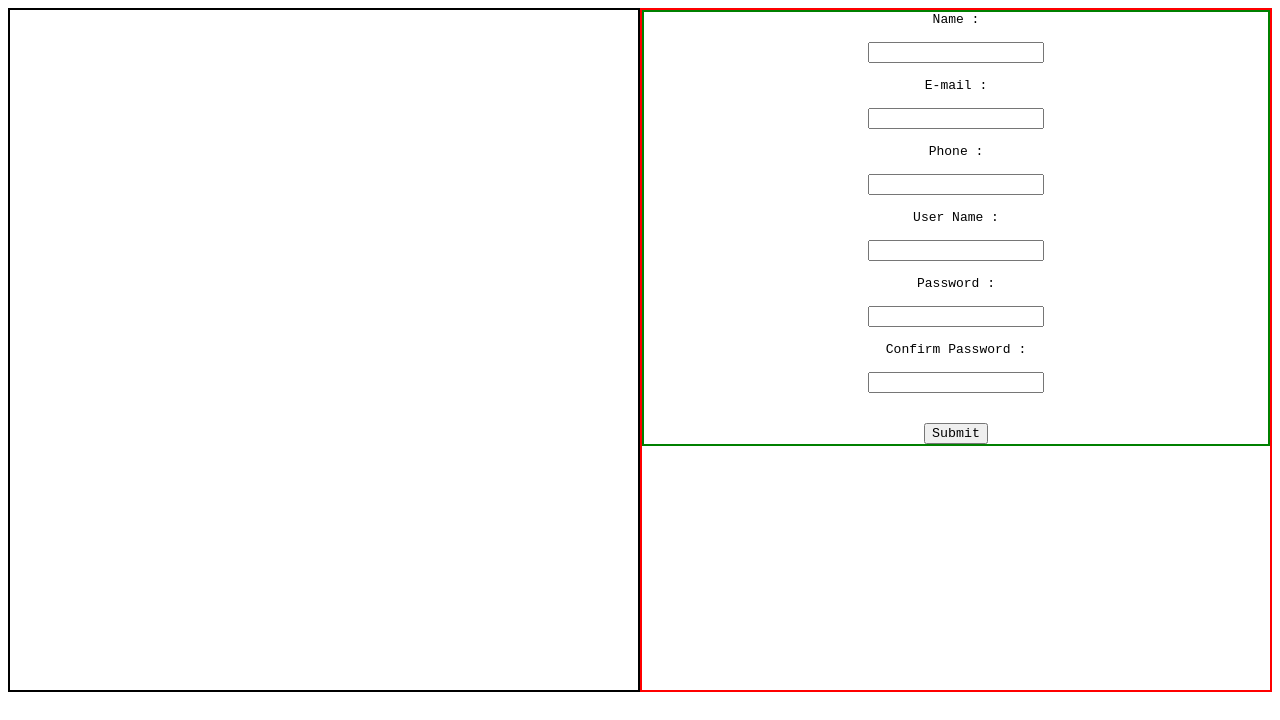
Repository: Pooja0109/Online-Quiz-Application
Page: http://localhost/QuizApplication/Register.jsp
The author's editor kept a copy of each file at every save. The page is drawn from the files as they stood at one save, then again after the next save.
The browser window is 1280 px wide. The pictures show the whole page.
The page is served by Tomcat 9.

Above is the page before, as saved 2023-04-01 11:27:36.

After the next save:
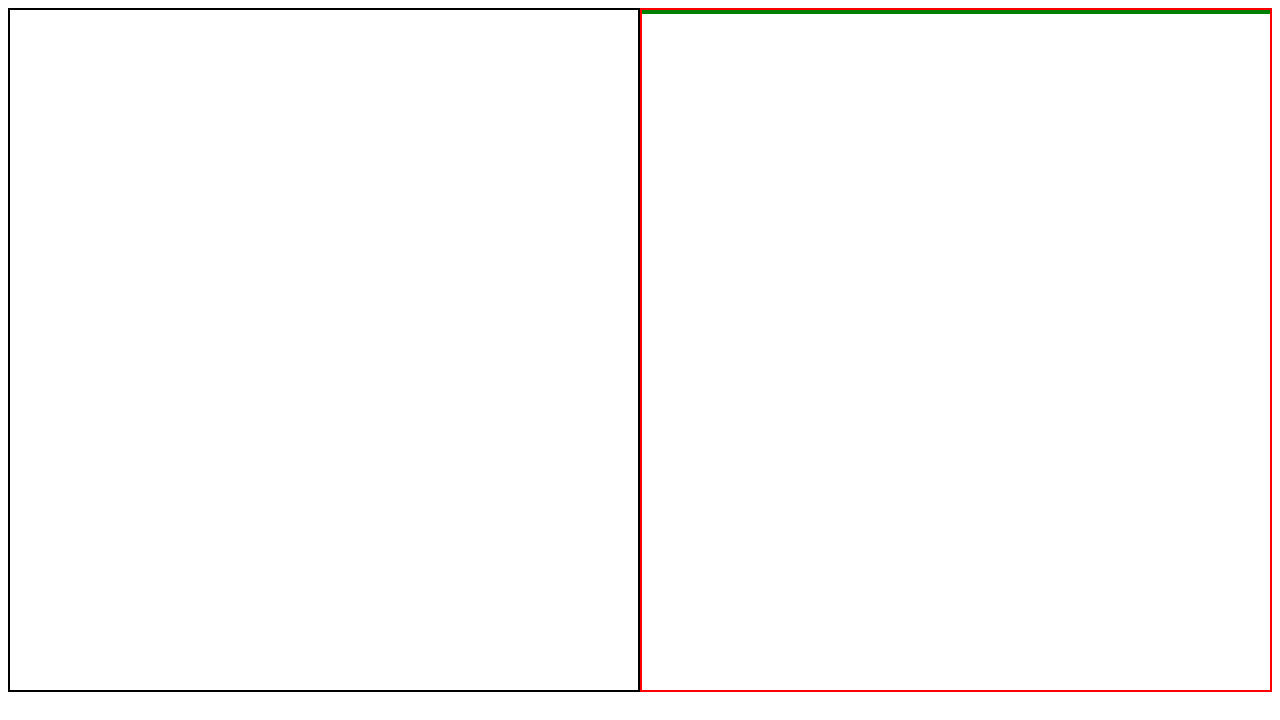
Saved 2 min 46 s later.
--- a/QuizApplication/QuizApplication/WebContent/Register.jsp
+++ b/QuizApplication/QuizApplication/WebContent/Register.jsp
@@ -12,7 +12,7 @@
 </div>
 <div class="part2">
 <form action="RegisterServlet" method="post" class="formstyle">
-<label>
+<%-- <label>
 Name :
 </label><br>
 <input type="text" name="name" value="${name}" required>
@@ -42,7 +42,7 @@ Confirm Password :
 </label><br>
 <input type="password" name="cpass" required>
 <br><br>
-<input type="submit">
+<input type="submit"> --%>
 </form>
 </div>
 </body>
